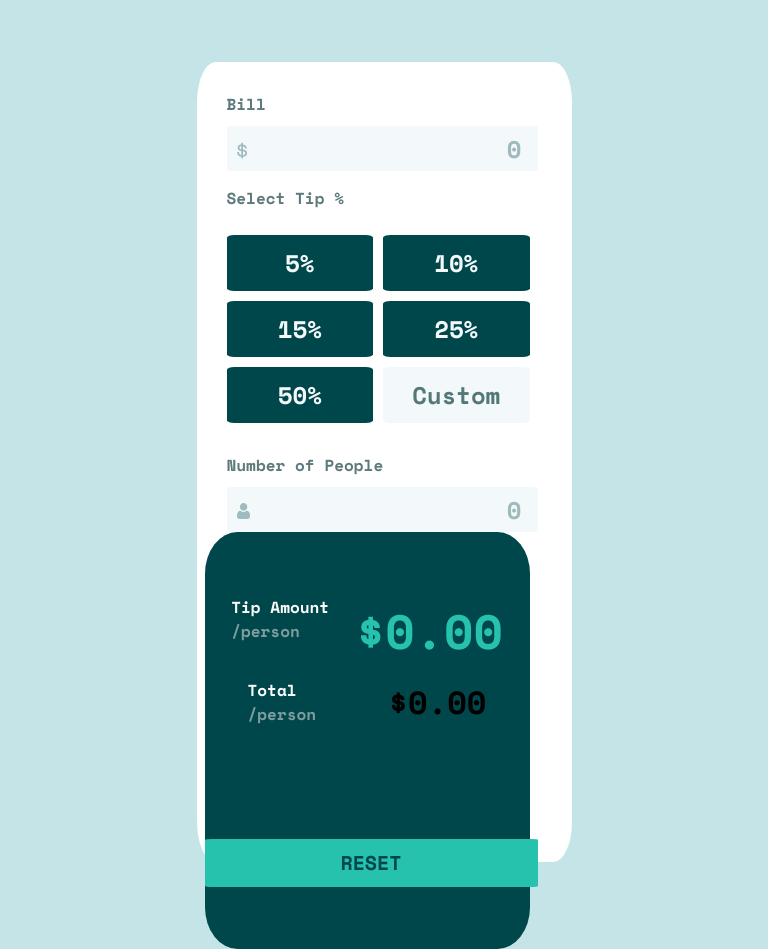
Repository: Arkitecth/tip-calculator
Page: index.html
These files come from the project's save history. The page is drawn as it stood at one moment and after the next save; the edit follows.
The browser window is 768 px wide. The pictures show the whole page.

Above is the page before, as saved 2023-06-09 19:59:14.

### index.html
<!DOCTYPE html>
<html lang="en">
<head>
  <meta charset="UTF-8">
  <meta name="viewport" content="width=device-width, initial-scale=1.0"> <!-- displays site properly based on user's device -->

  <link rel="icon" type="image/png" sizes="32x32" href="./images/favicon-32x32.png">
  <link rel="stylesheet" href="styles.css">
  <title>Tip calculator app</title>

</head>
<body>

  <main>
    <img src="images/logo.svg" alt="logo">
      <div class="app">
        <div class="entry">
          <div class="bill-entry">
            <p>Bill</p>
            <img src="images/icon-dollar.svg" alt="dollar sign"><input class="entry-input" type="text" name="Bill" id="Bill" placeholder="0">
          </div>

          <div class="tip-entry">
            <p>Select Tip %</p>
            <input type="button" value="5%">
            <input type="button" value="10%">
            <input type="button" value="15%">
            <input type="button" value="25%">
            <input type="button" value="50%">
            <input class="custom" type="button" value="Custom">
          </div>

          <div class="people-entry">
            <p>Number of People</p>
            <img src="images/icon-person.svg" alt="person sign"><input class="entry-input" type="text" name="people-entry" id="people-entry" placeholder="0">
          </div>

        </div>

        <div class="result">
          <div class="tip">
            <p class="title">Tip Amount
              <br>
              <span class="grey-color">/person</span>
            </p>
            <h1 class="amount">$0.00</h1>

          </div>

          <div class="total">
            <p class="title">Total
              <br>
              <span class="grey-color">/person</span>
            </p>
            <h1>$0.00</h1>
          </div>
          <button class="reset-button">Reset</button>
        </div>


  </div>
  </main>





</body>
</html>

### styles.css
@import url('https://fonts.googleapis.com/css2?family=Space+Mono:wght@700&display=swap');
* {
    margin: 0;
    padding: 0;
    font-family: 'Space Mono', monospace;
}

/* Main Styling */
body {
    background-color: #C5E4E7;

}

main {
    display: flex;
    flex-direction: column;
    justify-content: center;
    align-items: center;
    align-content: center;
    height: 100vh;
    gap: 70px;
}

/* App Styling */

.app {
    width: 920px;
    height: 481px;
    background-color: white;
    border-radius: 5%;
    display: grid;
    grid-template-columns: 1fr 1fr;
}

/* Entry Styling */

.entry {
    display: grid;
    padding-top: 30px;
    grid-template-rows: auto auto auto;
    padding-left: 30px;
    justify-content: center;
    color: #5E7A7D;
}

.entry p {
    margin-bottom: 10px;
}

.entry-input {
    background-color:#f3F9FA;
    width: 379px;
    height: 45px;
    border: none;
    border-radius: 2%;
    text-align: right;
    font-size: 1.5rem;
    color: #00474B;

}

.entry-input:focus {
    outline: none;
    border: 1px solid #26C2AE;

}

.entry-input::placeholder {
    text-align: right;
    font-size: 1.5rem;
    color:#00474B;
    opacity: 0.35;
    padding: 1rem;

}

/* Bill Styling */

.bill-entry {
    position: relative;
}

.bill-entry img {
    position: absolute;
    top: 50px;
    left: 10px;
}

/* Tip Entry */
.tip-entry p {
    padding: 10px;
}
.tip-entry input[type="button"] {
    width: 117px;
    padding: 10px;
    margin-bottom: 10px;
    background-color:#00474B;
    color: #f3F9FA;
    font-size: 1.5rem;
    border: none;
    border-radius: 5%;
    font-weight: 700;
}

.tip-entry input[type="button"]:active,.tip-entry input[type="button"]:hover {
    background-color: #26C2AE;
}
.tip-entry input[type="button"]:active {
    transform: translateY(4px);
}

.tip-entry input.custom {
    background-color: #F3F9FA;
    color:#547878;
}

/* People Entry Styling */
.people-entry {
    position: relative;
}
.people-entry img {
    position: absolute;
    top: 50px;
    left: 10px;
}

/* Result Styling */
.result {
    display: flex;
    flex-direction: column;
    background-color: #00474B;
    align-content: center;
    justify-content: space-evenly;
    border-radius: 10%;
    margin-top: 30px;
    width: 413px;
    height: 417px;
}

/* Tip Syling */
.tip {
    display: flex;
    flex-direction: row;
    justify-content: space-evenly;
    align-content: center;

}

.title {
    color: #FFFFFF;
    width: 98px;
}

.grey-color {
    color: #7F9D9F;
}

.amount {
    color: #26C2AE;
    font-size: 48px;
}

.total {
    display: flex;
    justify-content: space-evenly;
    transform: translateY(-50px);
}

/* Rest Button */
.reset-button {
    width: 333px;
    height: 48px;
    margin: 0 auto;
    text-transform: uppercase;
    font-size: 20px;
    background-color: #26C2AE;
    color: #00474B;
    border: none;
    border-radius: 2%;
}

.reset-button:hover,
.reset-button:active{
    background-color: #9FE8DF
}
.reset-button:active{
    transform: translateY(4px);
}

@media screen and (max-width:956px) {

    .main {
        justify-content: center;
    }
    .app {
        display: grid;
        grid-template-rows: 1fr 1fr;
        width: 375px;
        height: 100%;
    }
    .entry-input {
        width: 311px;
    }
    .tip-entry p {
        padding: 15px 0;
    }
    .tip-entry input[type="button"]  {
        width: 146.63px;
    }
    .people-entry p {
        padding-top: 20px;
    }

    .people-entry img {
        transform: translateY(20px);
    }
    .result {
        grid-row: 2;
        width: 325px;
        margin: 0 auto;
    }
}

After the next save:
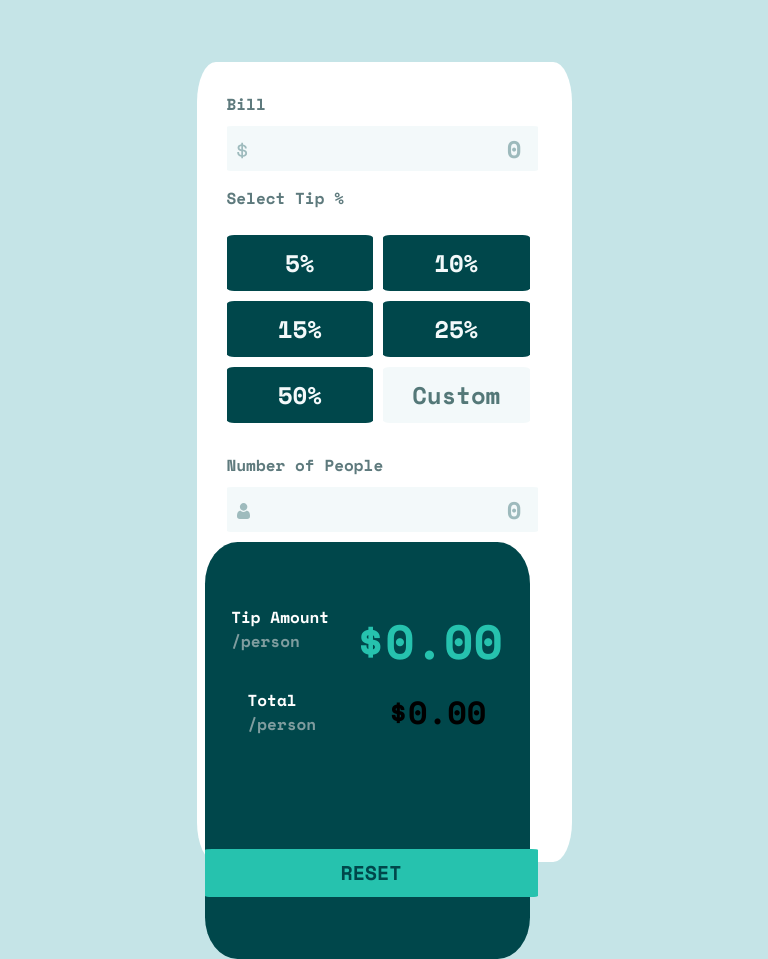
Saved 17 s later.
--- a/styles.css
+++ b/styles.css
@@ -217,6 +217,6 @@
     .result {
         grid-row: 2;
         width: 325px;
-        margin: 0 auto;
-    }
-}
+        margin: 10px auto;
+    }
+}
